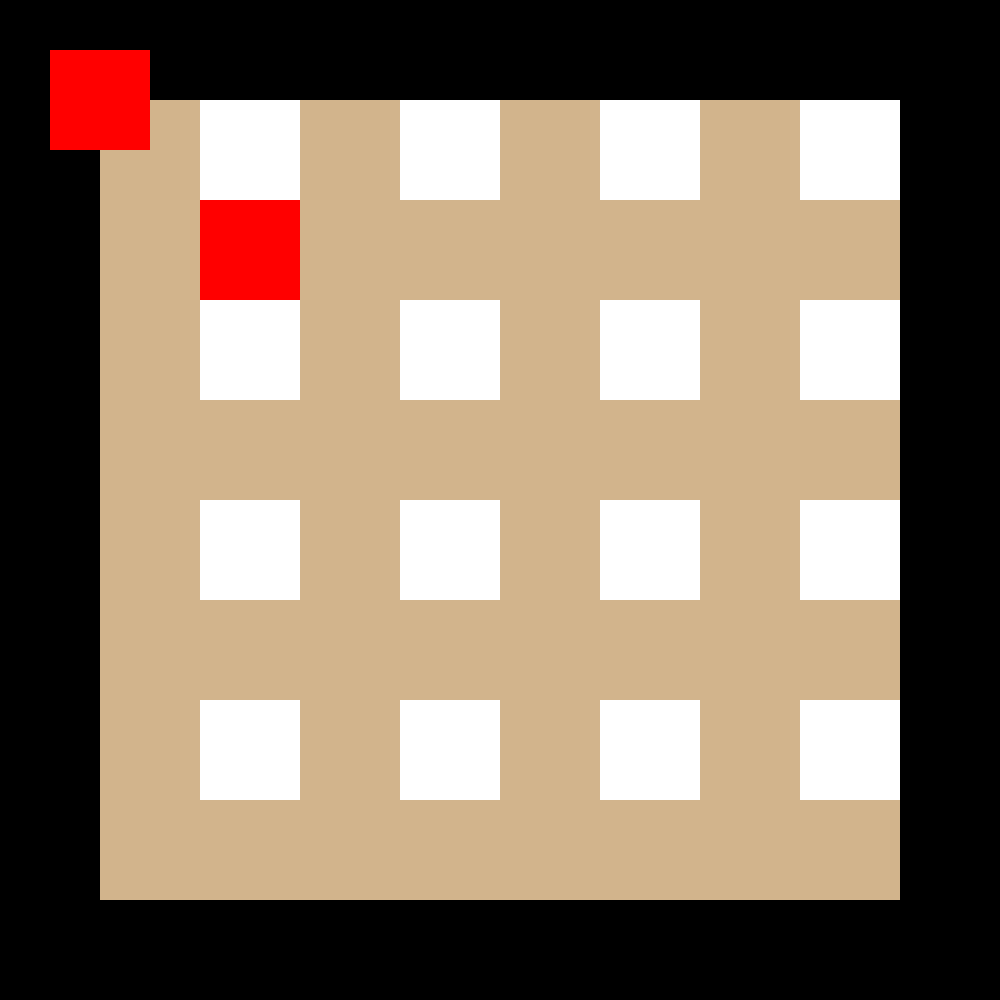
Repository: a-longe/capstone
Script's output: python engine/drag_n_drop_test.py
The author's editor kept a copy of each file at every save. The script's output is drawn from the files as they stood at one save, then again after the next save.
The window is shown after at most 60 frames with no key pressed. Random numbers start from a fixed seed.

Above is the script's output before, as saved 2023-12-11 09:22:43.

After the next save:
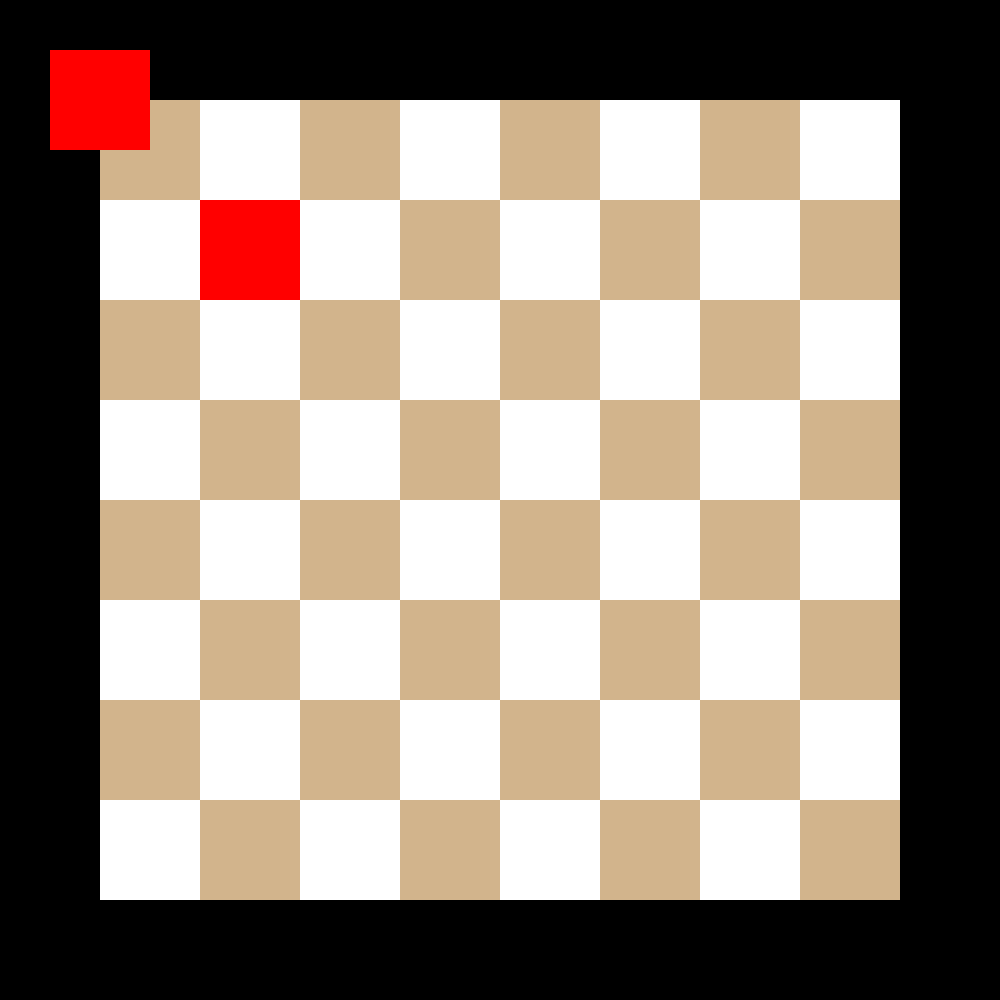
Saved 2 h 35 min later.
--- a/engine/drag_n_drop_test.py
+++ b/engine/drag_n_drop_test.py
@@ -112,11 +112,7 @@ class Board:
             column = y / 100
             rect = pg.Rect([x, y, 100, 100])
             image = pg.Surface(rect.size).convert()
-            if (is_odd(row) and is_odd(column)) or is_odd(row) and is_even(column):
-                black_square(self.surface, image, rect)
-            elif is_odd(row) and is_even(column):
-                white_square(self.surface, image, rect)
-            elif is_even(row) and is_even(column):
+            if not (is_odd(row) ^ is_odd(column)):
                 black_square(self.surface, image, rect)
             else:
                 white_square(self.surface, image, rect)
